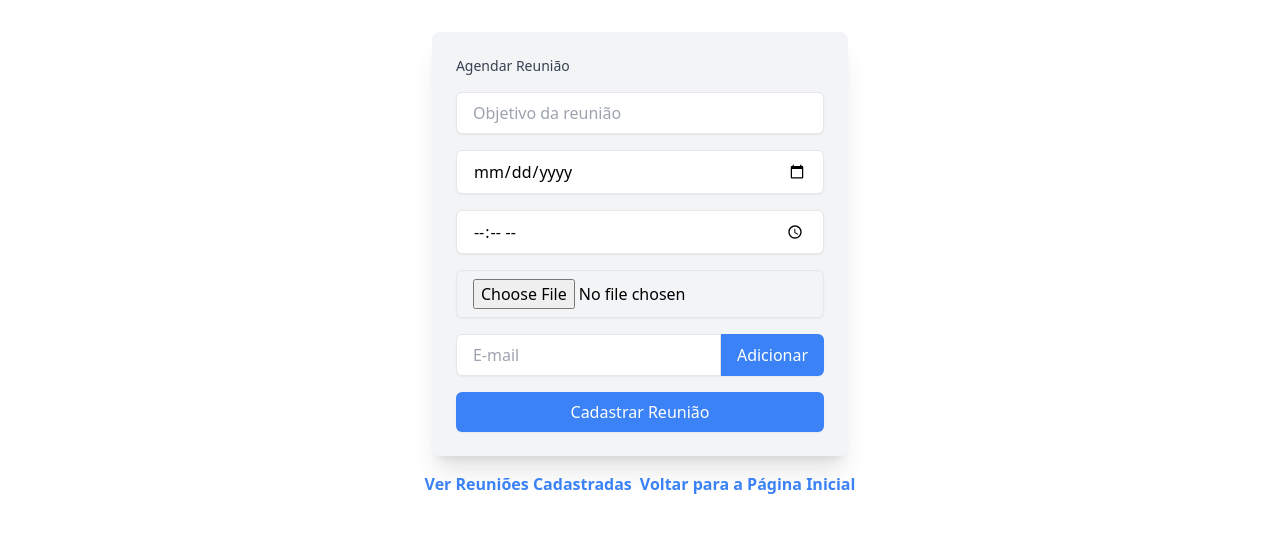
Repository: TamiBeira/meeting
Page: /form
These files come from the project's save history. The page is drawn as it stood at one moment and after the next save; the edit follows.
The browser window is 1280 px wide. The pictures show the whole page.
The project was rebuilt for these pictures with package versions that can differ from the ones it lists, and the page was loaded fresh each time. Also part of the build but not shown: vite.config.ts, src/contexts/MeetingsContext.tsx, src/components/MeetingsView.tsx, src/components/HomePage.tsx.

Above is the page before, as saved 2024-02-26 20:26:24.

### index.html
<!doctype html>
<html lang="pt">
  <head>
    <meta charset="UTF-8" />
    <meta name="viewport" content="width=device-width, initial-scale=1.0" />
    <title>Meeting</title>
  </head>
  <body>
    <div id="root"></div>
    <script type="module" src="/src/main.tsx"></script>
  </body>
</html>

### src/app.tsx
import { BrowserRouter as Router, Routes, Route } from 'react-router-dom';
import { FormProvider } from './contexts/FormContext';
import { MeetingsProvider } from './contexts/MeetingsContext';
import { Form } from './components/Form';
import { MeetingsView } from './components/MeetingsView';
import { HomePage } from './components/HomePage';

export const App = () => {
  return (
    <Router>
      <Routes>
        <Route path="/" element={<HomePage />} />
        <Route path="/form" element={<FormProvider><Form /></FormProvider>} />
        <Route path="/meetings" element={<MeetingsProvider><MeetingsView /></MeetingsProvider>} />
      </Routes>
    </Router>
  );
};

### src/contexts/FormContext.tsx
import { createContext, useContext, useState, ChangeEvent, FormEvent, ReactNode } from "react";
import { toast } from 'react-toastify';
import 'react-toastify/dist/ReactToastify.css';

export interface MeetingContextDataProps {
  data: string;
  hora: string;
  imagem: string;
  title: string;
  emails: string[];
  emailInput: string;
  handleDataChange: (event: ChangeEvent<HTMLInputElement>) => void;
  handleImagemChange: (event: ChangeEvent<HTMLInputElement>) => void;
  handleTitleChange: (event: ChangeEvent<HTMLInputElement>) => void;
  handleHoraChange: (event: ChangeEvent<HTMLInputElement>) => void;
  handleEmailInputChange: (event: ChangeEvent<HTMLInputElement>) => void;
  handleAddEmail: () => void;
  handleRemoveEmail: (index: number) => void;
  handleSubmit: (event: FormEvent<HTMLFormElement>) => void;
}

interface MeetingContextProviderProps {
  children: ReactNode;
}

const FormContext = createContext({} as MeetingContextDataProps);

export const useFormContext = () => {
  return useContext(FormContext);
};

export const FormProvider = ({ children }: MeetingContextProviderProps) => {
  const [data, setData] = useState('');
  const [hora, setHora] = useState('');
  const [imagem, setImagem] = useState<File | null>(null);
  const [title, setTitle] = useState('');
  const [emails, setEmails] = useState<string[]>([]);
  const [emailInput, setEmailInput] = useState('');

  const handleDataChange = (event: ChangeEvent<HTMLInputElement>) => {
    setData(event.target.value);
  };

  const handleImagemChange = (event: ChangeEvent<HTMLInputElement>) => {
    if (event.target.files && event.target.files[0]) {
      setImagem(event.target.files[0]);
    }
  };

  const handleTitleChange = (event: ChangeEvent<HTMLInputElement>) => {
    setTitle(event.target.value);
  };

  const handleHoraChange = (event: ChangeEvent<HTMLInputElement>) => {
    setHora(event.target.value);
  };

  const handleEmailInputChange = (event: ChangeEvent<HTMLInputElement>) => {
    setEmailInput(event.target.value);
  };

  const handleAddEmail = () => {
    setEmails([...emails, emailInput]);
    setEmailInput('');
  };

  const handleRemoveEmail = (index: number) => {
    const updatedEmails = [...emails];
    updatedEmails.splice(index, 1);
    setEmails(updatedEmails);
  };

  const handleSubmit = (event: FormEvent<HTMLFormElement>) => {
    event.preventDefault();

    const selectedDateTime = new Date(`${data}T${hora}`);
    const formattedDate = selectedDateTime.toLocaleDateString('pt-BR');
    const formattedTime = selectedDateTime.toLocaleTimeString('pt-BR', { hour: '2-digit', minute: '2-digit' });

    let imagemUrl = '';
    if (imagem) {
      const reader = new FileReader();
      reader.onload = (e) => {
        imagemUrl = e.target?.result as string;
        const meetingData = {
          title,
          data: formattedDate,
          hora: formattedTime,
          imagem: imagemUrl,
          emails
        };

        const existingData = localStorage.getItem('meetingData');
        let allMeetings: any[] = [];

        if (existingData) {
          allMeetings = JSON.parse(existingData);
        }

        const isDuplicate = allMeetings.some((meeting: any) => {
          const sameDateAndTime = meeting.data === formattedDate && meeting.hora === formattedTime;
          const sameEmails = meeting.emails.length === emails.length && meeting.emails.every((email: string) => emails.includes(email));
          return sameDateAndTime && sameEmails;
        });

        if (isDuplicate) {
          toast.error('Esta data, hora e lista de e-mails já estão sendo usadas por outra reunião.');
        } else {
          allMeetings.push(meetingData);

          localStorage.setItem('meetingData', JSON.stringify(allMeetings));

          setData('');
          setHora('');
          setImagem(null);
          setTitle('');
          setEmailInput('');
          setEmails([]);

          toast.success('Reunião cadastrada com sucesso!');
        }
      };
      reader.readAsDataURL(imagem);
    } else {
      toast.error('Por favor, selecione uma imagem.');
    }
  };

  return (
    <FormContext.Provider
      value={{
        data,
        hora,
        imagem: imagem ? URL.createObjectURL(imagem) : '',
        title,
        emails,
        emailInput,
        handleDataChange,
        handleImagemChange,
        handleTitleChange,
        handleHoraChange,
        handleEmailInputChange,
        handleAddEmail,
        handleRemoveEmail,
        handleSubmit,
      }}
    >
      {children}
    </FormContext.Provider>
  );
};

### src/components/Form.tsx
import { Link } from 'react-router-dom';
import { useFormContext } from '../contexts/FormContext';
import { ToastContainer } from 'react-toastify';

export const Form = () => {
  const {
    data,
    hora,
    title,
    emails,
    emailInput,
    handleDataChange,
    handleTitleChange,
    handleHoraChange,
    handleEmailInputChange,
    handleAddEmail,
    handleRemoveEmail,
    handleSubmit,
  } = useFormContext();

  return (
    <main className="flex flex-col items-center mt-8">
      <div className="mx-auto max-w-md p-6 bg-gray-100 rounded-lg shadow-xl">
        <form onSubmit={handleSubmit} className="space-y-4">
          <label htmlFor="reuniao" className="block text-sm font-medium text-gray-700">Agendar Reunião</label>
          <input
            type="text"
            placeholder="Objetivo da reunião"
            id="reuniao"
            value={title}
            onChange={handleTitleChange}
            className="block w-full px-4 py-2 border rounded-md shadow-sm focus:outline-none focus:ring-blue-500 focus:border-blue-500"
          />
          <input
            type="date"
            name="data"
            id="data"
            value={data}
            onChange={handleDataChange}
            className="block w-full px-4 py-2 border rounded-md shadow-sm focus:outline-none focus:ring-blue-500 focus:border-blue-500"
          />
          <input
            type="time"
            name="hora"
            id="hora"
            value={hora}
            onChange={handleHoraChange}
            className="block w-full px-4 py-2 border rounded-md shadow-sm focus:outline-none focus:ring-blue-500 focus:border-blue-500"
          />
          <input
            type="file"
            name="imagem"
            id="imagem"
            accept="image/*"
            className="block w-full px-4 py-2 border rounded-md shadow-sm focus:outline-none focus:ring-blue-500 focus:border-blue-500"
          />
          <div className="flex">
            <input
              type="text"
              placeholder="E-mail"
              value={emailInput}
              onChange={handleEmailInputChange}
              className="block flex-1 w-full px-4 py-2 border rounded-l-md shadow-sm focus:outline-none focus:ring-blue-500 focus:border-blue-500"
            />
            <button
              type="button"
              onClick={handleAddEmail}
              className="px-4 py-2 bg-blue-500 text-white rounded-r-md shadow-sm hover:bg-blue-600 focus:outline-none focus:ring-blue-500 focus:border-blue-500"
            >
              Adicionar
            </button>
          </div>
          <div>
            {emails.map((email, index) => (
              <div key={index} className="flex items-center">
                <div>{email}</div>
                <button
                  type="button"
                  onClick={() => handleRemoveEmail(index)}
                  className="ml-2 text-red-500"
                >
                  Remover
                </button>
              </div>
            ))}
          </div>
          <button
            type="submit"
            className="block w-full px-4 py-2 bg-blue-500 text-white rounded-md shadow-sm hover:bg-blue-600 focus:outline-none focus:ring-blue-500 focus:border-blue-500"
          >
            Cadastrar Reunião
          </button>
        </form>
        <ToastContainer />
      </div>
      <div className="mt-4">
        <Link to="/meetings" className="text-blue-500 font-bold mr-2">Ver Reuniões Cadastradas</Link>
        <Link to="/" className="text-blue-500 font-bold">Voltar para a Página Inicial</Link>
      </div>
    </main>
  );
};

### tailwind.config.js
/** @type {import('tailwindcss').Config} */
export default {
  content: [
    "./index.html",
    "./src/**/*.tsx",
  ],
  theme: {
    extend: {},
  },
  plugins: [],
}

Loaded but not shown: src/main.tsx (common file); src/index.css (common file)

After the next save:
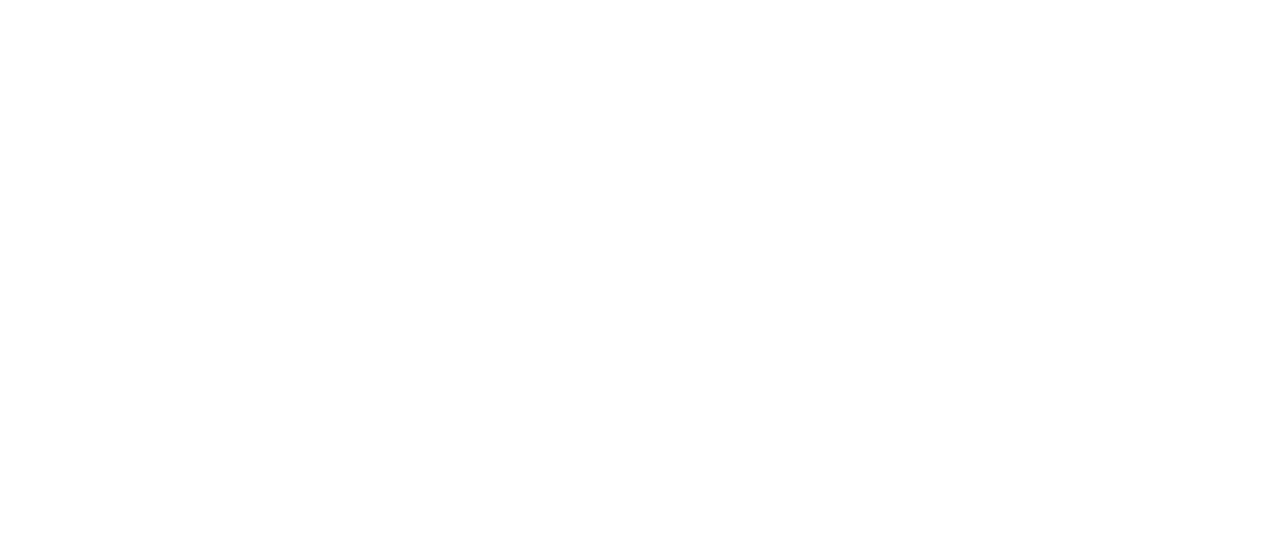
Console error: ReferenceError: useContext is not defined
Saved 29 min 47 s later.
--- a/src/contexts/FormContext.tsx
+++ b/src/contexts/FormContext.tsx
@@ -1,4 +1,4 @@
-import { createContext, useContext, useState, ChangeEvent, FormEvent, ReactNode } from "react";
+import React, { createContext, useState, ChangeEvent, FormEvent, ReactNode } from "react";
 import { toast } from 'react-toastify';
 import 'react-toastify/dist/ReactToastify.css';
 
@@ -10,7 +10,6 @@
   emails: string[];
   emailInput: string;
   handleDataChange: (event: ChangeEvent<HTMLInputElement>) => void;
-  handleImagemChange: (event: ChangeEvent<HTMLInputElement>) => void;
   handleTitleChange: (event: ChangeEvent<HTMLInputElement>) => void;
   handleHoraChange: (event: ChangeEvent<HTMLInputElement>) => void;
   handleEmailInputChange: (event: ChangeEvent<HTMLInputElement>) => void;
@@ -32,19 +31,12 @@
 export const FormProvider = ({ children }: MeetingContextProviderProps) => {
   const [data, setData] = useState('');
   const [hora, setHora] = useState('');
-  const [imagem, setImagem] = useState<File | null>(null);
   const [title, setTitle] = useState('');
   const [emails, setEmails] = useState<string[]>([]);
   const [emailInput, setEmailInput] = useState('');
 
   const handleDataChange = (event: ChangeEvent<HTMLInputElement>) => {
     setData(event.target.value);
-  };
-
-  const handleImagemChange = (event: ChangeEvent<HTMLInputElement>) => {
-    if (event.target.files && event.target.files[0]) {
-      setImagem(event.target.files[0]);
-    }
   };
 
   const handleTitleChange = (event: ChangeEvent<HTMLInputElement>) => {
@@ -77,52 +69,40 @@
     const formattedDate = selectedDateTime.toLocaleDateString('pt-BR');
     const formattedTime = selectedDateTime.toLocaleTimeString('pt-BR', { hour: '2-digit', minute: '2-digit' });
 
-    let imagemUrl = '';
-    if (imagem) {
-      const reader = new FileReader();
-      reader.onload = (e) => {
-        imagemUrl = e.target?.result as string;
-        const meetingData = {
-          title,
-          data: formattedDate,
-          hora: formattedTime,
-          imagem: imagemUrl,
-          emails
-        };
+    const meetingData = {
+      title,
+      data: formattedDate,
+      hora: formattedTime,
+      emails
+    };
 
-        const existingData = localStorage.getItem('meetingData');
-        let allMeetings: any[] = [];
+    const existingData = localStorage.getItem('meetingData');
+    let allMeetings: any[] = [];
 
-        if (existingData) {
-          allMeetings = JSON.parse(existingData);
-        }
+    if (existingData) {
+      allMeetings = JSON.parse(existingData);
+    }
 
-        const isDuplicate = allMeetings.some((meeting: any) => {
-          const sameDateAndTime = meeting.data === formattedDate && meeting.hora === formattedTime;
-          const sameEmails = meeting.emails.length === emails.length && meeting.emails.every((email: string) => emails.includes(email));
-          return sameDateAndTime && sameEmails;
-        });
+    const isDuplicate = allMeetings.some((meeting: any) => {
+      const sameDateAndTime = meeting.data === formattedDate && meeting.hora === formattedTime;
+      const sameEmails = meeting.emails.length === emails.length && meeting.emails.every((email: string) => emails.includes(email));
+      return sameDateAndTime && sameEmails;
+    });
 
-        if (isDuplicate) {
-          toast.error('Esta data, hora e lista de e-mails já estão sendo usadas por outra reunião.');
-        } else {
-          allMeetings.push(meetingData);
+    if (isDuplicate) {
+      toast.error('Esta data, hora e lista de e-mails já estão sendo usadas por outra reunião.');
+    } else {
+      allMeetings.push(meetingData);
 
-          localStorage.setItem('meetingData', JSON.stringify(allMeetings));
+      localStorage.setItem('meetingData', JSON.stringify(allMeetings));
 
-          setData('');
-          setHora('');
-          setImagem(null);
-          setTitle('');
-          setEmailInput('');
-          setEmails([]);
+      setData('');
+      setHora('');
+      setTitle('');
+      setEmailInput('');
+      setEmails([]);
 
-          toast.success('Reunião cadastrada com sucesso!');
-        }
-      };
-      reader.readAsDataURL(imagem);
-    } else {
-      toast.error('Por favor, selecione uma imagem.');
+      toast.success('Reunião cadastrada com sucesso!');
     }
   };
 
@@ -131,12 +111,11 @@
       value={{
         data,
         hora,
-        imagem: imagem ? URL.createObjectURL(imagem) : '',
+        imagem: '',
         title,
         emails,
         emailInput,
         handleDataChange,
-        handleImagemChange,
         handleTitleChange,
         handleHoraChange,
         handleEmailInputChange,

After the save that followed:
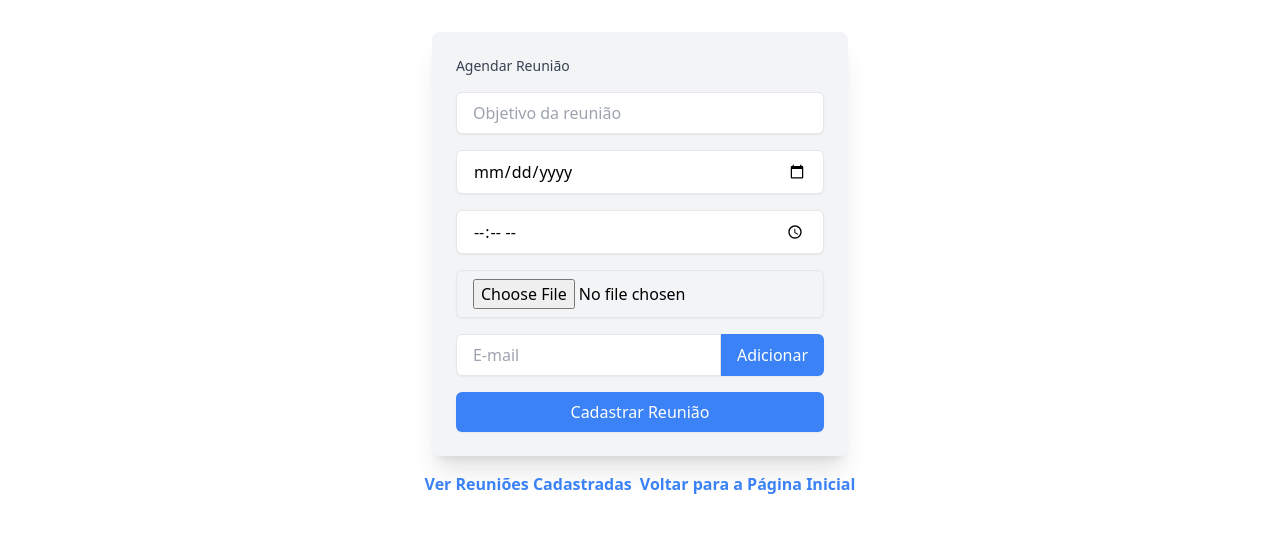
The error is gone.
Saved 9 s later.
--- a/src/contexts/FormContext.tsx
+++ b/src/contexts/FormContext.tsx
@@ -1,4 +1,4 @@
-import React, { createContext, useState, ChangeEvent, FormEvent, ReactNode } from "react";
+import { createContext, useContext, useState, ChangeEvent, FormEvent, ReactNode } from "react";
 import { toast } from 'react-toastify';
 import 'react-toastify/dist/ReactToastify.css';
 
@@ -10,6 +10,7 @@
   emails: string[];
   emailInput: string;
   handleDataChange: (event: ChangeEvent<HTMLInputElement>) => void;
+  handleImagemChange: (event: ChangeEvent<HTMLInputElement>) => void;
   handleTitleChange: (event: ChangeEvent<HTMLInputElement>) => void;
   handleHoraChange: (event: ChangeEvent<HTMLInputElement>) => void;
   handleEmailInputChange: (event: ChangeEvent<HTMLInputElement>) => void;
@@ -31,12 +32,19 @@
 export const FormProvider = ({ children }: MeetingContextProviderProps) => {
   const [data, setData] = useState('');
   const [hora, setHora] = useState('');
+  const [imagem, setImagem] = useState<File | null>(null);
   const [title, setTitle] = useState('');
   const [emails, setEmails] = useState<string[]>([]);
   const [emailInput, setEmailInput] = useState('');
 
   const handleDataChange = (event: ChangeEvent<HTMLInputElement>) => {
     setData(event.target.value);
+  };
+
+  const handleImagemChange = (event: ChangeEvent<HTMLInputElement>) => {
+    if (event.target.files && event.target.files[0]) {
+      setImagem(event.target.files[0]);
+    }
   };
 
   const handleTitleChange = (event: ChangeEvent<HTMLInputElement>) => {
@@ -69,40 +77,52 @@
     const formattedDate = selectedDateTime.toLocaleDateString('pt-BR');
     const formattedTime = selectedDateTime.toLocaleTimeString('pt-BR', { hour: '2-digit', minute: '2-digit' });
 
-    const meetingData = {
-      title,
-      data: formattedDate,
-      hora: formattedTime,
-      emails
-    };
+    let imagemUrl = '';
+    if (imagem) {
+      const reader = new FileReader();
+      reader.onload = (e) => {
+        imagemUrl = e.target?.result as string;
+        const meetingData = {
+          title,
+          data: formattedDate,
+          hora: formattedTime,
+          imagem: imagemUrl,
+          emails
+        };
 
-    const existingData = localStorage.getItem('meetingData');
-    let allMeetings: any[] = [];
+        const existingData = localStorage.getItem('meetingData');
+        let allMeetings: any[] = [];
 
-    if (existingData) {
-      allMeetings = JSON.parse(existingData);
-    }
+        if (existingData) {
+          allMeetings = JSON.parse(existingData);
+        }
 
-    const isDuplicate = allMeetings.some((meeting: any) => {
-      const sameDateAndTime = meeting.data === formattedDate && meeting.hora === formattedTime;
-      const sameEmails = meeting.emails.length === emails.length && meeting.emails.every((email: string) => emails.includes(email));
-      return sameDateAndTime && sameEmails;
-    });
+        const isDuplicate = allMeetings.some((meeting: any) => {
+          const sameDateAndTime = meeting.data === formattedDate && meeting.hora === formattedTime;
+          const sameEmails = meeting.emails.length === emails.length && meeting.emails.every((email: string) => emails.includes(email));
+          return sameDateAndTime && sameEmails;
+        });
 
-    if (isDuplicate) {
-      toast.error('Esta data, hora e lista de e-mails já estão sendo usadas por outra reunião.');
+        if (isDuplicate) {
+          toast.error('Esta data, hora e lista de e-mails já estão sendo usadas por outra reunião.');
+        } else {
+          allMeetings.push(meetingData);
+
+          localStorage.setItem('meetingData', JSON.stringify(allMeetings));
+
+          setData('');
+          setHora('');
+          setImagem(null);
+          setTitle('');
+          setEmailInput('');
+          setEmails([]);
+
+          toast.success('Reunião cadastrada com sucesso!');
+        }
+      };
+      reader.readAsDataURL(imagem);
     } else {
-      allMeetings.push(meetingData);
-
-      localStorage.setItem('meetingData', JSON.stringify(allMeetings));
-
-      setData('');
-      setHora('');
-      setTitle('');
-      setEmailInput('');
-      setEmails([]);
-
-      toast.success('Reunião cadastrada com sucesso!');
+      toast.error('Por favor, selecione uma imagem.');
     }
   };
 
@@ -111,11 +131,12 @@
       value={{
         data,
         hora,
-        imagem: '',
+        imagem: imagem ? URL.createObjectURL(imagem) : '',
         title,
         emails,
         emailInput,
         handleDataChange,
+        handleImagemChange,
         handleTitleChange,
         handleHoraChange,
         handleEmailInputChange,
